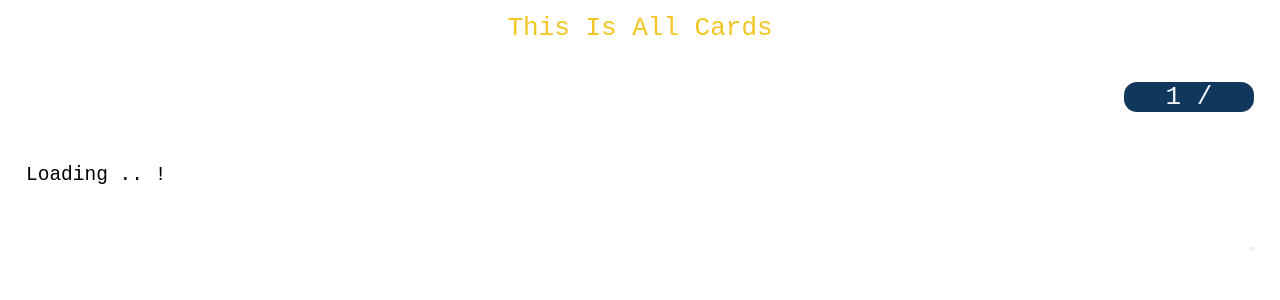
Repository: rehamtaher10/reactQueryTask
Page: /
The author's editor kept a copy of each file at every save. The page is drawn from the files as they stood at one save, then again after a run of saves.
The browser window is 1280 px wide. The pictures show the whole page.
The page's requests for data from a server got no answer. The project was rebuilt for these pictures with package versions that can differ from the ones it lists, and the page was loaded fresh each time. No one was signed in, and anything a server would have sent is missing. Also part of the build but not shown: vite.config.js.

Above is the page before, as saved 2024-12-07 20:12:53.

After the next 2 saves:
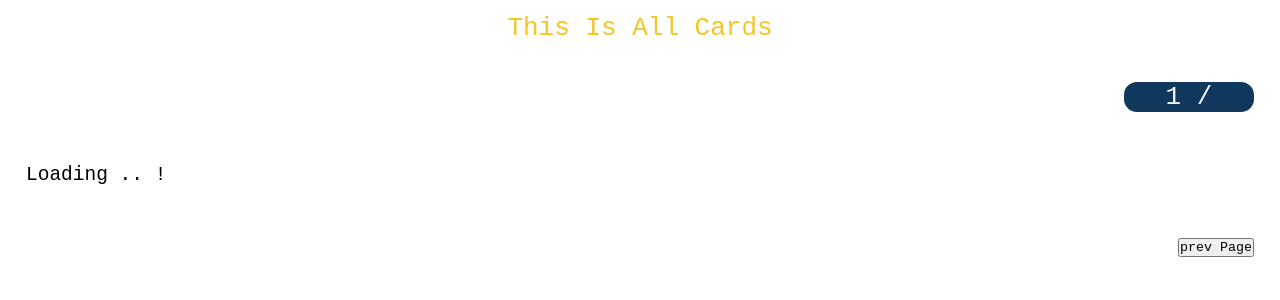
The 2 saves are shown as one change because they came seconds apart.
The last was saved 4 min 2 s later.
--- a/src/App.jsx
+++ b/src/App.jsx
@@ -40,7 +40,7 @@ function App() {
         )}
       </div>
       <div className="pagination">
-        <button></button>
+        <button>prev Page</button>
 
       </div>
     </>
